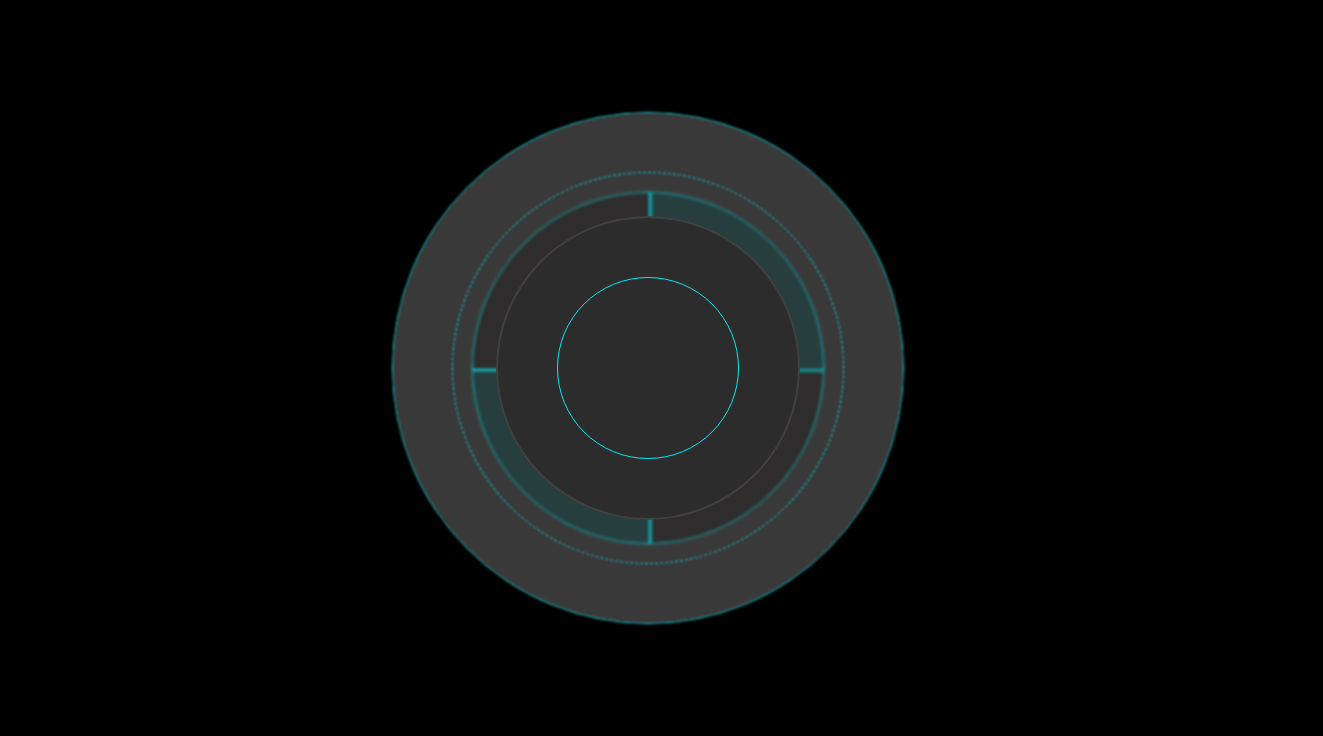
Repository: hsumyatm7308/Basecycle
Page: index.html
An editor plug-in stored every save of this project. The page is shown before and after the next save, followed by the edit.
The browser window is 1280 px wide. The page is 1323 px wide, so the pictures cover 1323 px, including what lies to the right of the window. The pictures show the whole page.

Above is the page before, as saved 2023-06-06 00:57:56.

After the next save:
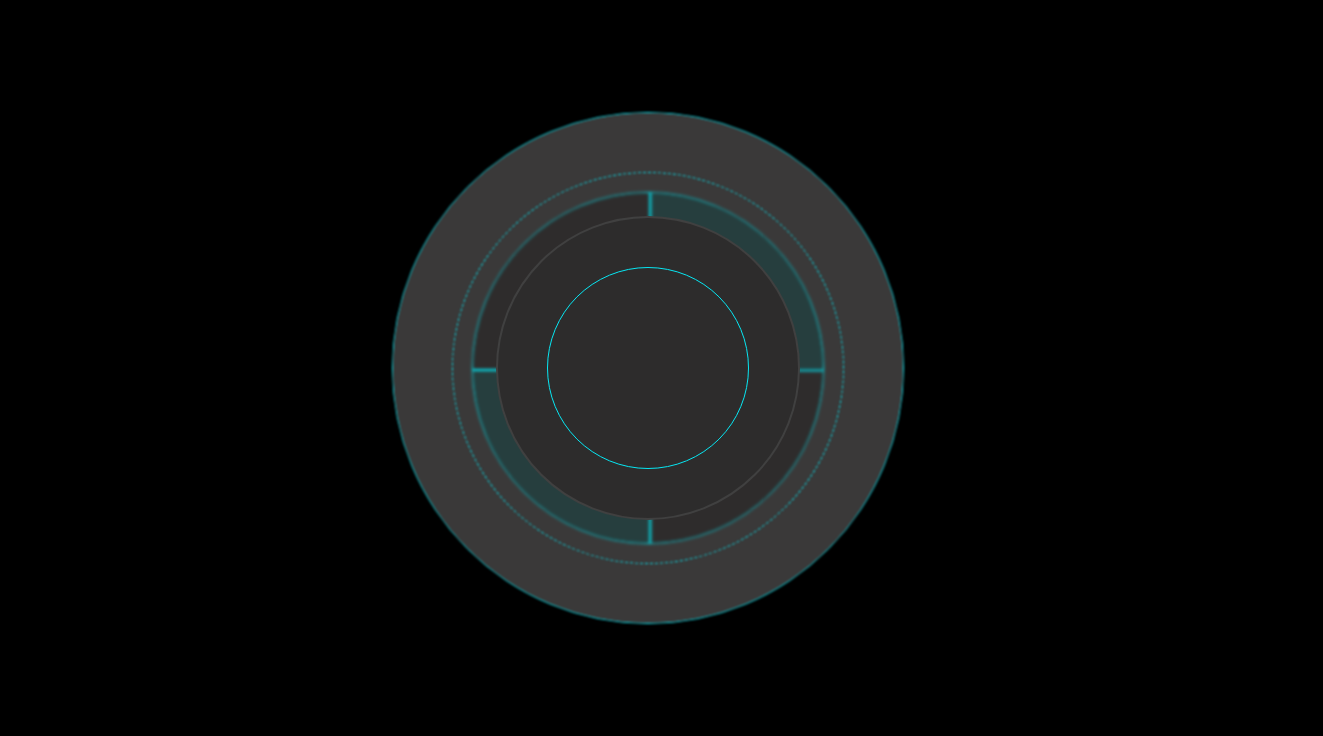
Saved 7 s later.
--- a/style.css
+++ b/style.css
@@ -1000,8 +1000,8 @@ body {
 }
 
 .circleone{
-    width: 180px;
-    height: 180px;
+    width: 200px;
+    height: 200px;
     border-radius: 50%;
     border: 1px solid rgb(7, 231, 243);
 
